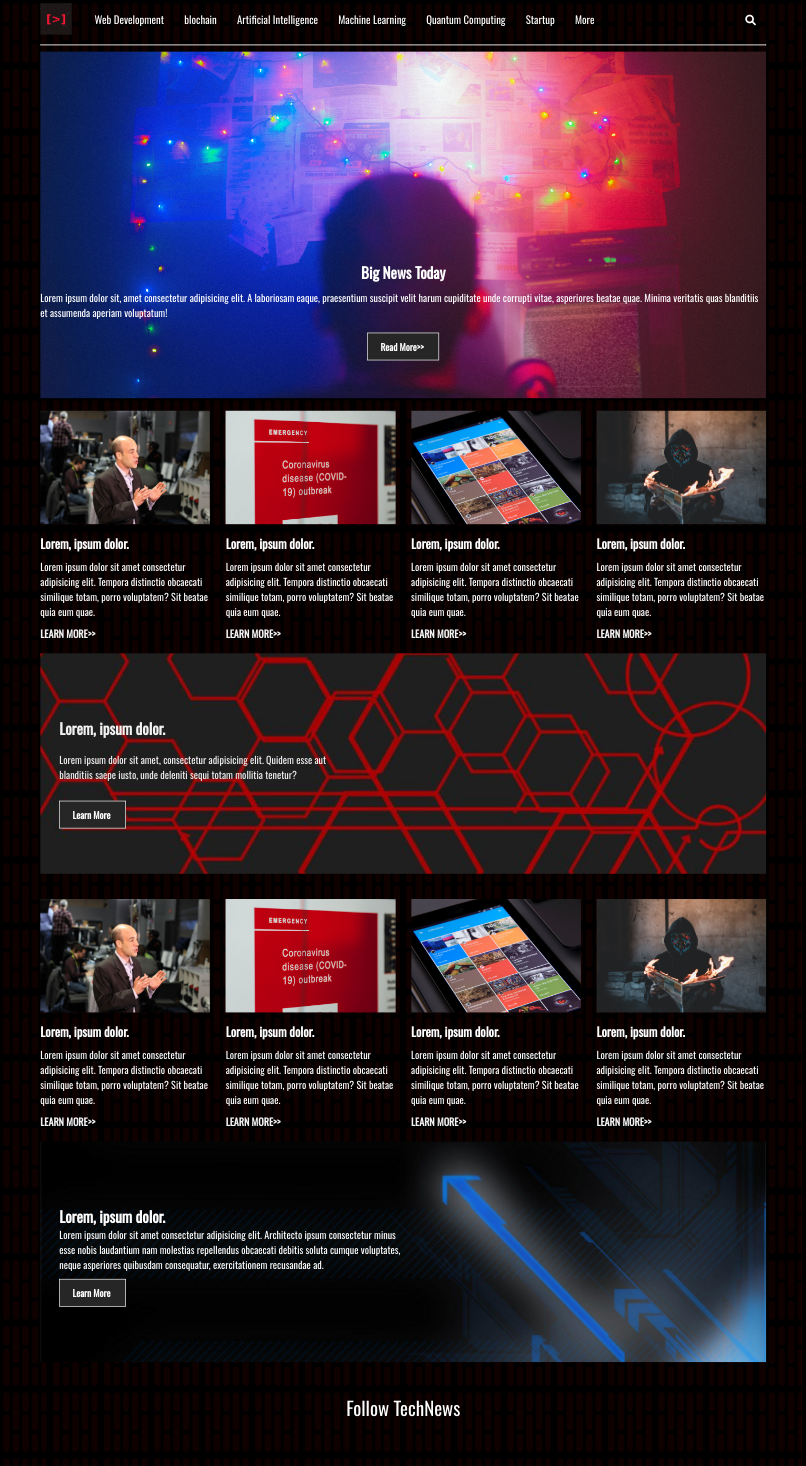
Repository: NickArregoces/News_Web
Page: index.html
An editor plug-in stored every save of this project. The page is shown before and after the next save, followed by the edit.
The browser window is 1280 px wide. The pictures show the whole page, at 63% of full size.

Above is the page before, as saved 2021-12-24 20:09:48.

### index.html
<!DOCTYPE html>
<html lang="en">
<head>
    <meta charset="UTF-8">
    <meta http-equiv="X-UA-Compatible" content="IE=edge">
    <meta name="viewport" content="width=device-width, initial-scale=1.0">
    <title>TechNews</title>
    <!--FONT AWESOME-->
    <link rel="stylesheet" href="https://cdnjs.cloudflare.com/ajax/libs/font-awesome/6.0.0-beta3/css/all.min.css">

    <link rel="stylesheet" href="style.Css">
    <!--Oswald FONTS-->
    <link rel="preconnect" href="https://fonts.googleapis.com">
<link rel="preconnect" href="https://fonts.gstatic.com" crossorigin>
<link href="https://fonts.googleapis.com/css2?family=Oswald:wght@200;300;400&display=swap" rel="stylesheet">
</head>
<body>

    <div class="container">

        <nav class ="nav-main">
            <img src="img/brand.png" alt="" class="nav-brand">

            <ul class="nav-menu">
                <li>
                    <a href="#">Web Development</a>
                </li>
                <li>
                    <a href="#">blochain</a>
                </li>
                <li>
                    <a href="#">Artificial Intelligence</a>
                </li>
                <li>
                    <a href="#">Machine Learning</a>
                </li>
                <li>
                    <a href="#">Quantum Computing</a>
                </li>
                <li>
                    <a href="#">Startup</a>
                </li>
                <li>
                    <a href="#">More</a>
                </li>
            </ul>
            <ul class="nav-menu-right">
                <li>
                    <a href="">
                        <i class="fas fa-search"></i>
                    </a>
                </li>
            </ul>
        </nav>
        <hr> <!--Crea una linea -->


        <!--Showcase=Imagen pricnipal-->
        <header class="showcase">
            <h2>Big News Today</h2>
            <p>Lorem ipsum dolor sit, amet consectetur adipisicing elit. A laboriosam eaque, praesentium suscipit velit harum cupiditate unde corrupti vitae, asperiores beatae quae. Minima veritatis quas blanditiis et assumenda aperiam voluptatum!</p>
        <!--lorem30 te crea 30 palabras-->
            <a class="btn" href="#">Read More>> <i class="fas fa-angles-double-right"></i></a>
        </header>

        <!--NEWS CARDS(COLUMNAS)-->
        <div class="news-cards">
            <div class="">
                <img src="img/news1.jpg" alt="News 1">
                <h3>Lorem, ipsum dolor.</h3>
                <p>Lorem ipsum dolor sit amet consectetur adipisicing elit. Tempora distinctio obcaecati similique totam, porro voluptatem? Sit beatae quia eum quae.</p>
                <a href="">Learn More>><i class="fas fa-amgle-dpuble-right"></i></a>
            </div>
            <div class="">
                <img src="img/news2.jpg" alt="News 2">
                <h3>Lorem, ipsum dolor.</h3>
                <p>Lorem ipsum dolor sit amet consectetur adipisicing elit. Tempora distinctio obcaecati similique totam, porro voluptatem? Sit beatae quia eum quae.</p>
                <a href="">Learn More>><i class fas fa-amgle-dpuble-right></i></a>
            </div>
            <div class="">
                <img src="img/news3.jpg" alt="News 3">
                <h3>Lorem, ipsum dolor.</h3>
                <p>Lorem ipsum dolor sit amet consectetur adipisicing elit. Tempora distinctio obcaecati similique totam, porro voluptatem? Sit beatae quia eum quae.</p>
                <a href="">Learn More>><i class="fas fa-amgle-dpuble-right" ></i></a>
            </div>
            <div class="">
                <img src="img/news4.jpg" alt="News 4">
                <h3>Lorem, ipsum dolor.</h3>
                <p>Lorem ipsum dolor sit amet consectetur adipisicing elit. Tempora distinctio obcaecati similique totam, porro voluptatem? Sit beatae quia eum quae.</p>
                <a href="">Learn More>><i class="fas fa-amgle-dpuble-right"></i></a>
            </div>
        </div>

        <div>

            <section class="cards-banner-one">
                <div class="content">
                    <h2>Lorem, ipsum dolor.</h2>
                    <p>Lorem ipsum dolor sit amet, consectetur adipisicing elit. Quidem esse aut blanditiis saepe iusto, unde deleniti sequi totam mollitia tenetur?</p>
                    <a href="#" class="btn">Learn More <i class="fas fa-amgle-dpuble-right"></i></a>
                </div>

            </section>

            <!--NEWS CARDS(COLUMNAS)-->
        <div class="news-cards">
            <div class="">
                <img src="img/news1.jpg" alt="News 1">
                <h3>Lorem, ipsum dolor.</h3>
                <p>Lorem ipsum dolor sit amet consectetur adipisicing elit. Tempora distinctio obcaecati similique totam, porro voluptatem? Sit beatae quia eum quae.</p>
                <a href="">Learn More>><i class="fas fa-amgle-dpuble-right"></i></a>
            </div>
            <div class="">
                <img src="img/news2.jpg" alt="News 2">
                <h3>Lorem, ipsum dolor.</h3>
                <p>Lorem ipsum dolor sit amet consectetur adipisicing elit. Tempora distinctio obcaecati similique totam, porro voluptatem? Sit beatae quia eum quae.</p>
                <a href="">Learn More>><i class fas fa-amgle-dpuble-right></i></a>
            </div>
            <div class="">
                <img src="img/news3.jpg" alt="News 3">
                <h3>Lorem, ipsum dolor.</h3>
                <p>Lorem ipsum dolor sit amet consectetur adipisicing elit. Tempora distinctio obcaecati similique totam, porro voluptatem? Sit beatae quia eum quae.</p>
                <a href="">Learn More>><i class="fas fa-amgle-dpuble-right" ></i></a>
            </div>
            <div class="">
                <img src="img/news4.jpg" alt="News 4">
                <h3>Lorem, ipsum dolor.</h3>
                <p>Lorem ipsum dolor sit amet consectetur adipisicing elit. Tempora distinctio obcaecati similique totam, porro voluptatem? Sit beatae quia eum quae.</p>
                <a href="">Learn More>><i class="fas fa-amgle-dpuble-right"></i></a>
            </div>
        </div>

        <section class="cards-banner-two">
            <div class="content">
                <h2>Lorem, ipsum dolor.</h2>
                <p>Lorem ipsum dolor sit amet consectetur adipisicing elit. Architecto ipsum consectetur minus esse nobis laudantium nam molestias repellendus obcaecati debitis soluta cumque voluptates, neque asperiores quibusdam consequatur, exercitationem recusandae ad.</p>
                <a href="#" class="btn">Learn More <i class="fas fa-angles-double-right"></i> </a>
            </div>
        </section>

        <section class="social">

                <p> Follow TechNews</p>
                <div class="links">
                    <a href="#"><!--Se crean lo icononos automaticamente*/
                        <i class="fab fa-facebook-f"></i>
                    </a>
                <a href="#">
                    <i class="fab fa-twitter"></i>
                </a>
                <a href="#">
                    <i class="fab fa-linkedin"></i>
                </a>

                </div>

        </section>



        </div>

    </div>


</body>
</html>

### style.Css
*{
    box-sizing: border-box;
    margin: 0;
    padding: 0;
}

body{
    background:#000000;
    color:#ffff;
    background-color: #000000;
    background-image: url("data:[embedded picture, 663 characters]");
    color:#1e272e;
    font-size: 16px;
    font-family: 'Oswald', sans-serif;
}

a{
    color: #ffff;
    text-decoration: none;
}

ul{
    list-style: none;
}
.container{
    width: 90%;/*responsive*/
    margin: auto;
    color: #ffff;/*MIO*/
}
/*Navigation*/
.nav-main{
    font-size: 17px;
    display: flex;/*Elememnto al lado de otro*/
    justify-content: space-between;
    align-items: center;
    height: 60px;
    padding: 20px 0px;
}
.nav-brand{
    width: 50px;
}

/*Nav Left*/
.nav-main ul{
    display:flex;
}

.nav-main ul li{
    padding: 10px;
}

.nav-main ul li a{
    padding: 6px;
}

.nav-main ul li a:hover {
    border-bottom: 2px solid #ffffff;
}
.nav-main ul.nav-menu{
    flex:1;
    margin-left: 20px;
}

/*Showcase*/
hr{
    margin:10px 0px;
}
.showcase{
    width: 100%;
    height: 550px;
    /*Arreglar img */
    background: url(/img/showcase2.jpg) no-repeat center center/cover;
    padding-bottom: 50px;
    margin-bottom: 20px;/*Margen interna*/
    display:flex;
    flex-direction: column;
    align-items: center;/*centrar P*/
    justify-content: flex-end; /*p al final*/
}

.btn{
    cursor: pointer;
    display: inline-block;
    border: 0;
    font-weight: bold;
    padding: 10px 20px;
    background: #262626;
    color:#ffffff;
    font-size: 15px;
    border: 1px solid #ffff;
    margin:10px 0px;
}

.btn:hover{
    opacity: 0.7;
}

.showcase h2,
.showcase p{
    margin-bottom: 10px;
}

/*News CARS*/
.news-cards{
    display: grid;
    grid-template-columns: 1fr 1fr 1fr 1fr;/*4 columnas*/
    gap: 25px;/*espaciado card*/
    margin: 10px 0;
}

.news-cards img{
    width:100%;
    height:  180px;
}

.news-cards h3{
    font-size: 20px;
    margin:  10px 0;

}

.news-cards a{
    padding: 10px 0;
    color: #f2f2f2;
    text-transform: uppercase;
    display: inline-block;
    font-weight: bold;
}

.news-cards a:hover{
    text-decoration: underline; /*Line debajo*/
}

/*Cards-banner-one*/

.cards-banner-one {
    width: 100%;
    height: 350px;
    background: url(./img/tech-red.jpg) no-repeat center/cover;;
    margin-bottom: 40px;
}
.cards-banner-one .content{
    width: 40%;
    padding: 90px 0 0 30px;
    color: #f2f2f2;
}

.cards-banner-one p,
.cards-banner-one h2{
    margin: 10px 0 20px 0;
}

/*CARDS BANNER TWO*/

.cards-banner-two{
    background: url(./img/image-five.jpg) no-repeat center/cover;
    width: 100%;
    height: 350px;
}

.cards-banner-two .content{
    width: 50%;
    padding: 100px 0 0 30px;
}

/*Social*/
.social{
    margin: 50px;
}

.social p{
    text-align: center;
    font-size: 30px;
    margin-bottom: 20px;
}

.links{
    display: flex;
    align-items: center;
    justify-content: center;
}

After the next save:
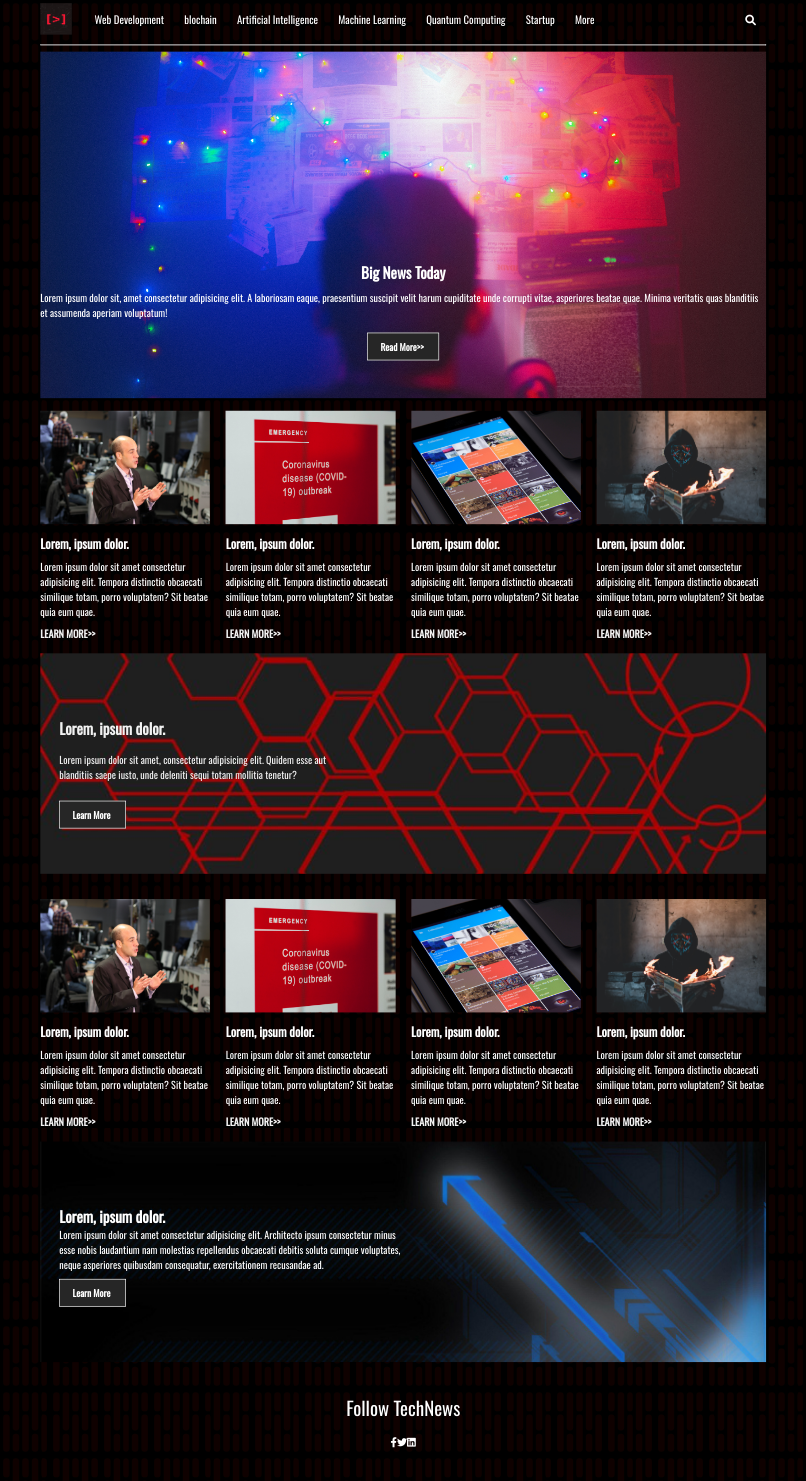
Saved 6 s later.
--- a/index.html
+++ b/index.html
@@ -142,7 +142,7 @@
 
                 <p> Follow TechNews</p>
                 <div class="links">
-                    <a href="#"><!--Se crean lo icononos automaticamente*/
+                    <a href="#"><!--Se crean lo icononos automaticamente-->
                         <i class="fab fa-facebook-f"></i>
                     </a>
                 <a href="#">
